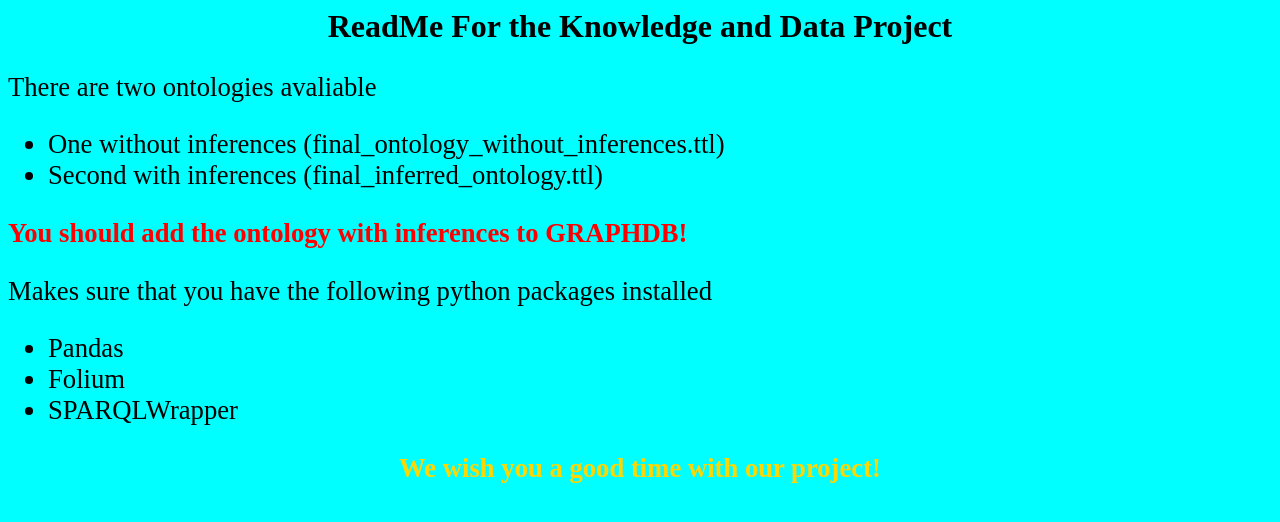
Repository: pawelpiwowarski/Knowledge_and_Data
Page: README.html
An editor plug-in stored every save of this project. The page is shown before and after the next save, followed by the edit.
The browser window is 1280 px wide. The pictures show the whole page.

Above is the page before, as saved 2022-10-27 22:12:27.

After the next save:
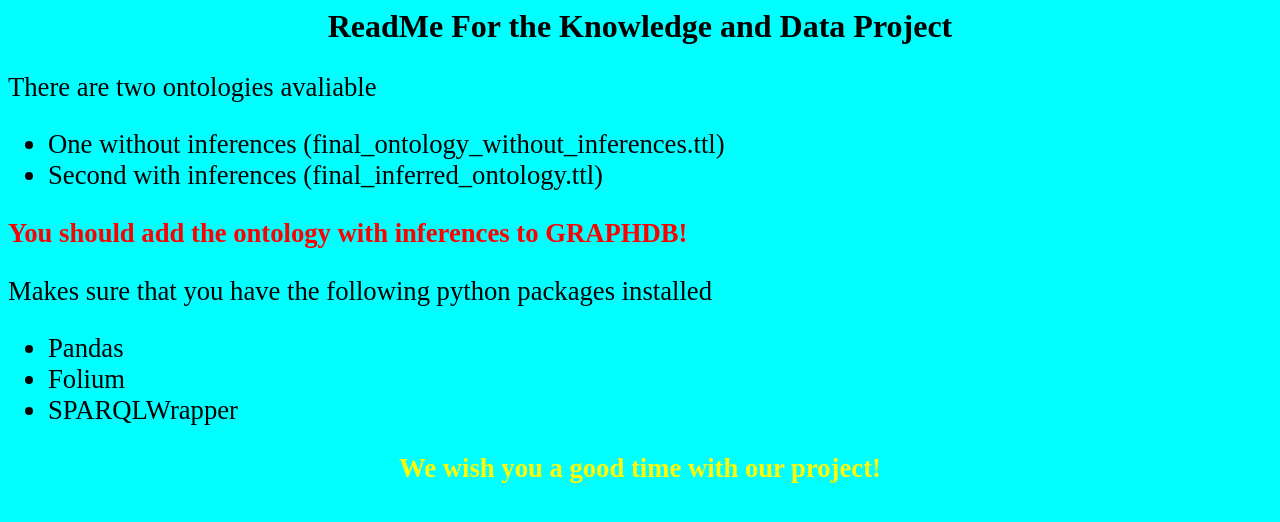
Saved 17 s later.
--- a/README.html
+++ b/README.html
@@ -24,7 +24,7 @@
     font-family: "Times New Roman", Times, serif;
     font-size: 20pt;
     font-weight: bold;
-    color: gold;
+    color: yellow;
     text-align: center;
 }
 body { font-family: 'Times New Roman', Times, serif; font-size: 20pt; background-color: aqua;}
